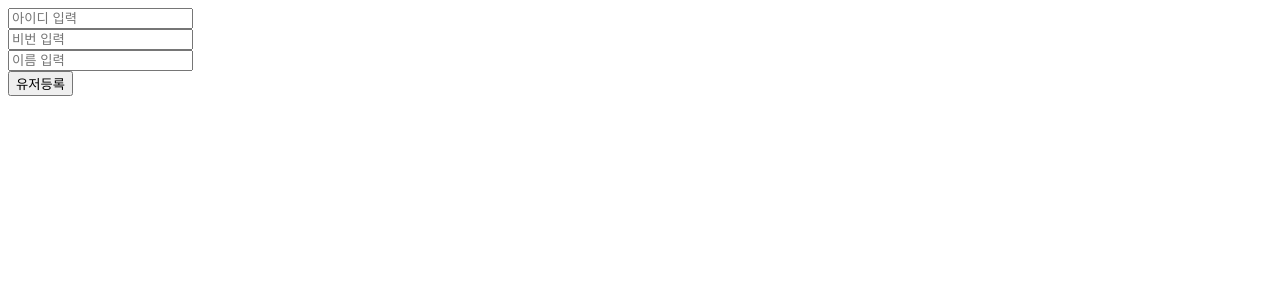
Repository: Rccn3202/Springboot_study_pack
Page: http://localhost/web/home-insert.jsp
An editor plug-in stored every save of this project. The page is shown before and after the next save, followed by the edit.
The browser window is 1280 px wide. The pictures show the whole page.
The page is served by Tomcat 9. Other server files are loaded and not shown.

Above is the page before, as saved 2023-05-09 17:39:57.

### web/src/main/webapp/home-insert.jsp
<%@ page language="java" contentType="text/html; charset=UTF-8"
    pageEncoding="UTF-8"%>
<!DOCTYPE html>
<html>
<head>
<meta charset="UTF-8">
<title>Insert title here</title>
</head>
<body>
<form action="/home-insert-ok.jsp" method="POST">
<input type="text" name="uiId" placeholder="아이디 입력"><br>
<input type="password" name="uiPwd" placeholder="비번 입력"><br>
<input type="text" name="uiName" placeholder="이름 입력"><br>
<button>유저등록</button>
</form>
</body>
</html>

After the next save:
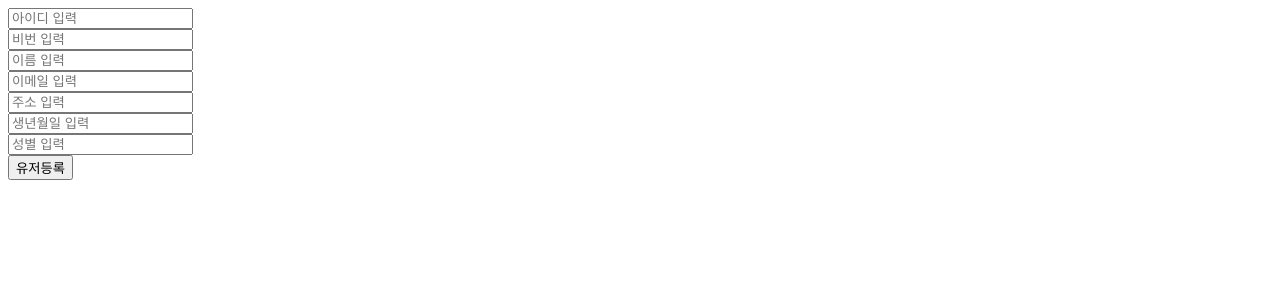
Saved 80 s later.
--- a/web/src/main/webapp/home-insert.jsp
+++ b/web/src/main/webapp/home-insert.jsp
@@ -11,6 +11,10 @@
 <input type="text" name="uiId" placeholder="아이디 입력"><br>
 <input type="password" name="uiPwd" placeholder="비번 입력"><br>
 <input type="text" name="uiName" placeholder="이름 입력"><br>
+<input type="text" name="uiEmail" placeholder="이메일 입력"><br>
+<input type="text" name="uiAddress" placeholder="주소 입력"><br>
+<input type="text" name="uiBirth" placeholder="생년월일 입력"><br>
+<input type="text" name="uiTrans" placeholder="성별 입력"><br>
 <button>유저등록</button>
 </form>
 </body>
